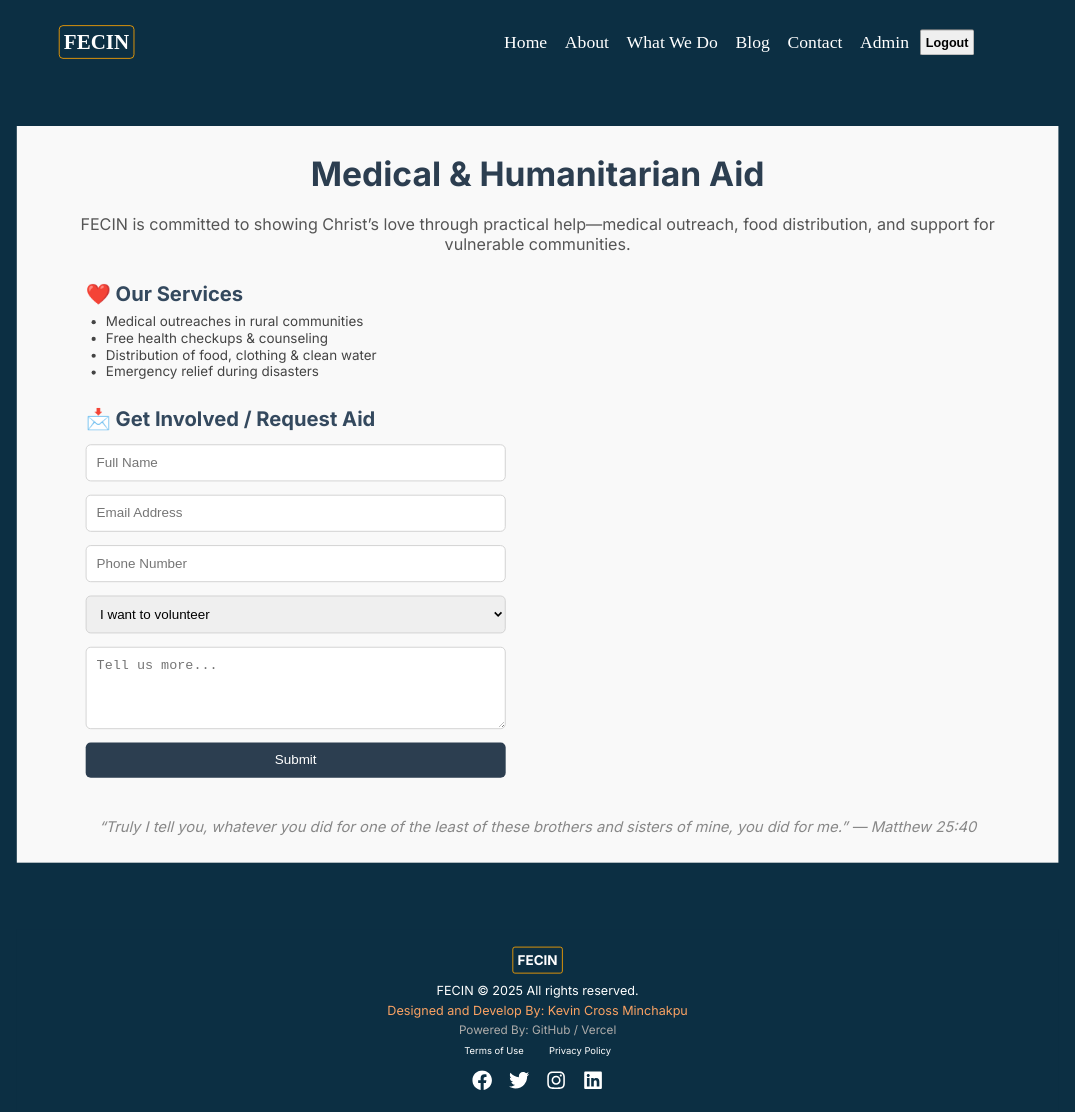
Repository: KCMinchakpu/fecin-projectgs497
Page: /humanitarian-aid
The author's editor kept a copy of each file at every save. The page is drawn from the files as they stood at one save, then again after the next save.
The browser window is 1280 px wide. The pictures show the whole page, at 84% of full size.
The project was rebuilt for these pictures with package versions that can differ from the ones it lists, and the page was loaded fresh each time. The framework's server and built-in components were replaced by stand-ins that run in the browser. Also part of the build but not shown: next.config.mjs.

Above is the page before, as saved 2025-04-07 19:16:36.

After the next save:
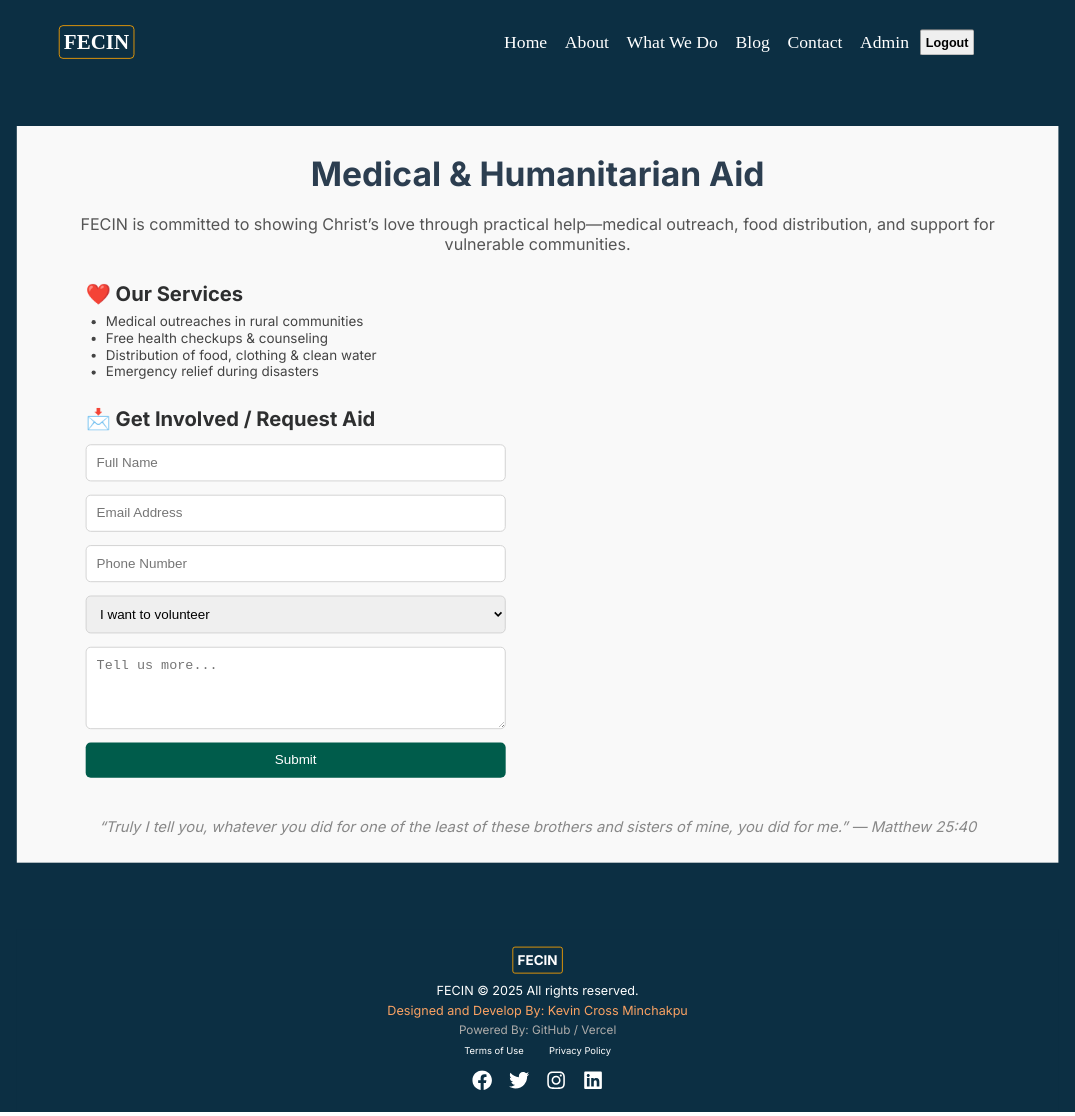
Saved 98 s later.
--- a/src/app/humanitarian-aid/Humanitarian.module.css
+++ b/src/app/humanitarian-aid/Humanitarian.module.css
@@ -26,7 +26,7 @@
 
   .section h2 {
     font-size: 1.5rem;
-    color: #34495e;
+    color: #2e2f30;
     margin-bottom: 0.5rem;
   }
 
@@ -56,7 +56,7 @@
 
   .form button {
     padding: 0.75rem;
-    background-color: #2c3e50;
+    background-color: #005c4b;
     color: white;
     border: none;
     border-radius: 6px;
